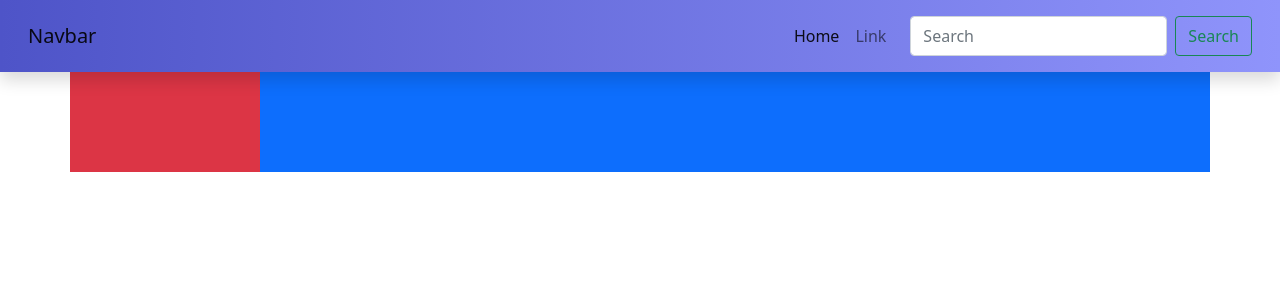
Repository: ttranhhoang/layoutBS
Page: index.html
An editor plug-in stored every save of this project. The page is shown before and after the next save, followed by the edit.
The browser window is 1280 px wide. The pictures show the whole page.

Above is the page before, as saved 2022-04-23 17:15:22.

### index.html
<!DOCTYPE html>
<html lang="en">
  <head>
    <meta charset="UTF-8" />
    <meta http-equiv="X-UA-Compatible" content="IE=edge" />
    <meta name="viewport" content="width=device-width, initial-scale=1.0" />
    <title>Layout BS</title>
    <link
      href="https://cdn.jsdelivr.net/npm/bootstrap@5.1.3/dist/css/bootstrap.min.css"
      rel="stylesheet"
      integrity="sha384-1BmE4kWBq78iYhFldvKuhfTAU6auU8tT94WrHftjDbrCEXSU1oBoqyl2QvZ6jIW3"
      crossorigin="anonymous"
    />
    <link rel="stylesheet" href="index.css" />
  </head>
  <body>
    <header class="header">
      <nav class="navbar navbar-expand-lg fixed-top shadow navbar-light">
        <div class="container-fluid">
          <a class="navbar-brand" href="#">Navbar</a>
          <button
            class="navbar-toggler"
            type="button"
            data-bs-toggle="offcanvas"
            data-bs-target="#navbarOffcanvasLg"
            aria-controls="navbarOffcanvasLg"
            aria-expanded="false"
            aria-label="Toggle navigation"
          >
            <span class="navbar-toggler-icon"></span>
          </button>

          <div
            class="offcanvas offcanvas-end"
            tabindex="-1"
            id="navbarOffcanvasLg"
            aria-labelledby="navbarOffcanvasLgLabel"
          >
            <div class="offcanvas-header">
              <h5 class="offcanvas-title" id="offcanvasNavbarLabel">
                Offcanvas
              </h5>
              <button
                type="button"
                class="btn-close text-reset"
                data-bs-dismiss="offcanvas"
                aria-label="Close"
              ></button>
            </div>
            <div class="offcanvas-body">
              <ul class="navbar-nav justify-content-end flex-grow-1 pe-3">
                <li class="nav-item">
                  <a class="nav-link active" aria-current="page" href="#"
                    >Home</a
                  >
                </li>
                <li class="nav-item">
                  <a class="nav-link" href="#">Link</a>
                </li>
              </ul>
              <form class="d-flex">
                <input
                  class="form-control me-2 "
                  type="search"
                  placeholder="Search"
                  aria-label="Search"
                />
                <button class="btn btn-outline-success" type="submit">
                  Search
                </button>
              </form>
            </div>
          </div>
        </div>
      </nav>
    </header>

    <div class="container">
      <div class="row">
        <div class="col-2 bg-danger"></div>
        <div class="col-10 bg-primary"></div>
      </div>
    </div>

    <script
      src="https://cdn.jsdelivr.net/npm/bootstrap@5.1.3/dist/js/bootstrap.bundle.min.js"
      integrity="sha384-ka7Sk0Gln4gmtz2MlQnikT1wXgYsOg+OMhuP+IlRH9sENBO0LRn5q+8nbTov4+1p"
      crossorigin="anonymous"
    ></script>
  </body>
</html>

### index.css
*,
*::after,
*::before {
  box-sizing: border-box;
}
/* custom */
button.navbar-toggler:focus {
  box-shadow: none;
}
button[type="button"],
button[type="submit"],
button[class^="btn"]:focus {
  box-shadow: none;
}
button[class*="btn-outline"]:active:focus {
  box-shadow: none;
}

/* styles ui */
body {
  padding-top: 72px;
}
.main {
  height: 100vh;
}
nav.navbar {
  background: #4e54c8; /* fallback for old browsers */
  background: -webkit-linear-gradient(
    to left,
    #8f94fb,
    #4e54c8
  ); /* Chrome 10-25, Safari 5.1-6 */
  background: linear-gradient(
    to left,
    #8f94fb,
    #4e54c8
  ); /* W3C, IE 10+/ Edge, Firefox 16+, Chrome 26+, Opera 12+, Safari 7+ */
}
.navbar {
  padding: 1rem;

}
.navbar-light .navbar-toggler {
  border: none;
}
div.row {
  height: 100px;
}

After the next save:
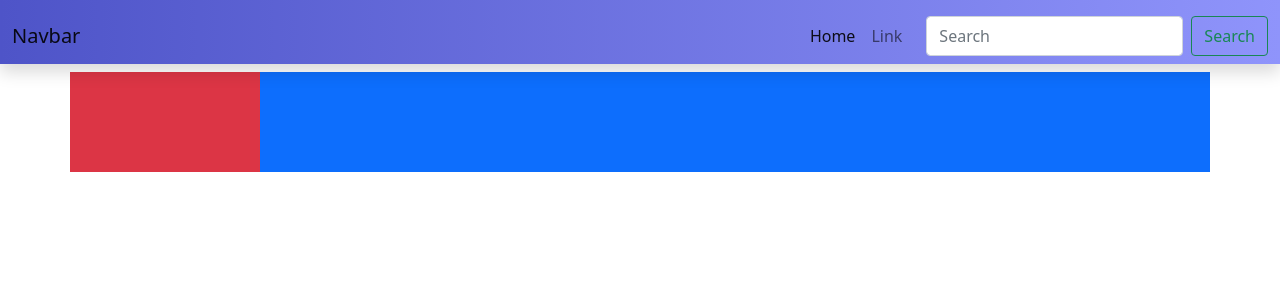
Saved 4 s later.
--- a/index.css
+++ b/index.css
@@ -37,7 +37,7 @@ nav.navbar {
   ); /* W3C, IE 10+/ Edge, Firefox 16+, Chrome 26+, Opera 12+, Safari 7+ */
 }
 .navbar {
-  padding: 1rem;
+  padding-top: 1rem;
 
 }
 .navbar-light .navbar-toggler {
